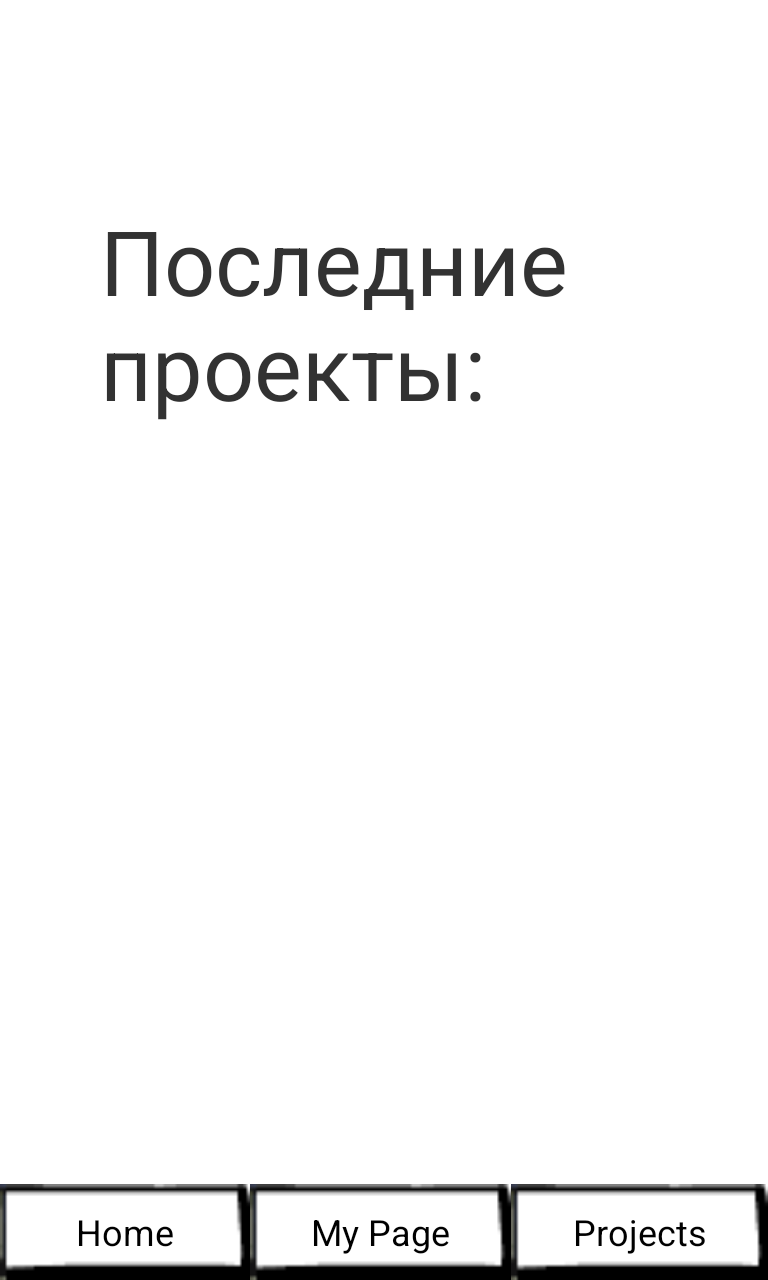
Repository: webguild/RedmineMobile
Layout: Android/RedmineAndroid/res/layout/home.xml
An editor plug-in stored every save of this project. The layout is shown before and after the next save, followed by the edit.
It is drawn on a 768 x 1280 px phone screen (xhdpi) without system bars, with theme AppTheme; the app's code is not run. Lists and similar views that code fills are empty.

Above is the layout before, as saved 2013-01-17 15:59:24.

After the next save:
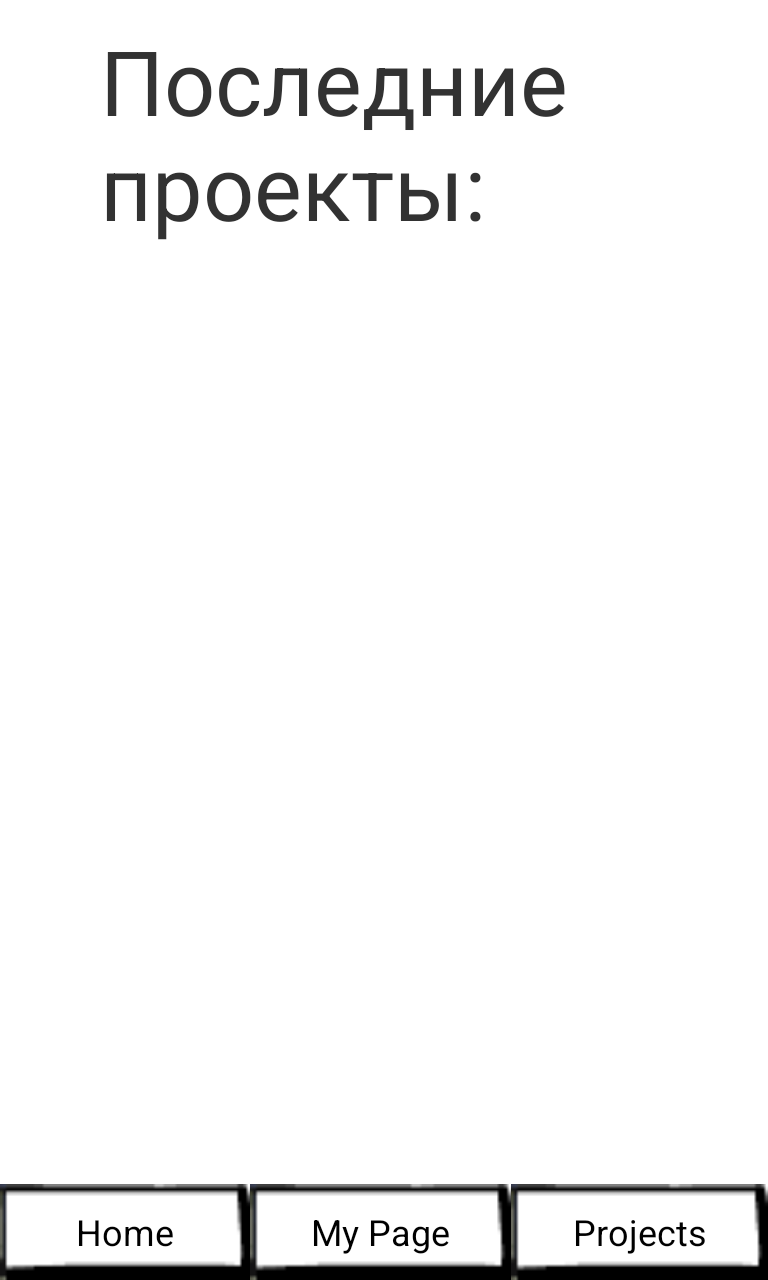
Saved 26 s later.
--- a/Android/RedmineAndroid/res/layout/home.xml
+++ b/Android/RedmineAndroid/res/layout/home.xml
@@ -19,7 +19,7 @@
             android:layout_width="wrap_content"
             android:layout_height="wrap_content"
             android:layout_marginLeft="50dp"
-            android:layout_marginTop="100dp"
+            android:layout_marginTop="10dp"
             android:gravity="left"
             android:text="Последние проекты:"
             android:textSize="45sp" />
